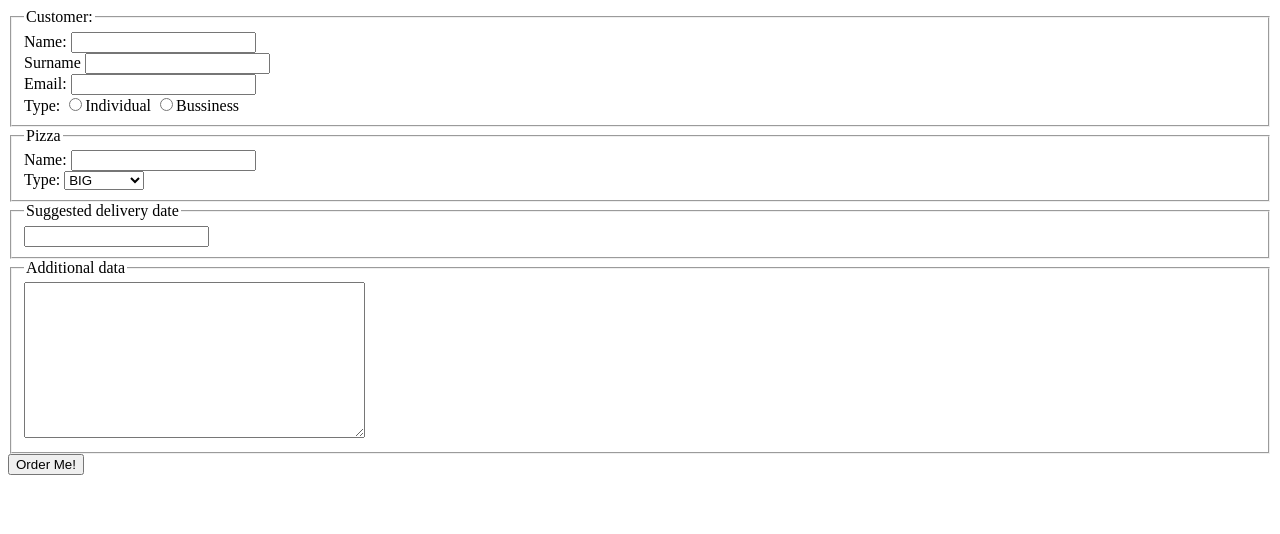
Repository: wisni4k/html-trainee
Page: testWeb/WebContent/Formularz.html
The author's editor kept a copy of each file at every save. The page is drawn from the files as they stood at one save, then again after the next save.
The browser window is 1280 px wide. The pictures show the whole page.

Above is the page before, as saved 2015-07-10 11:59:25.

After the next save:
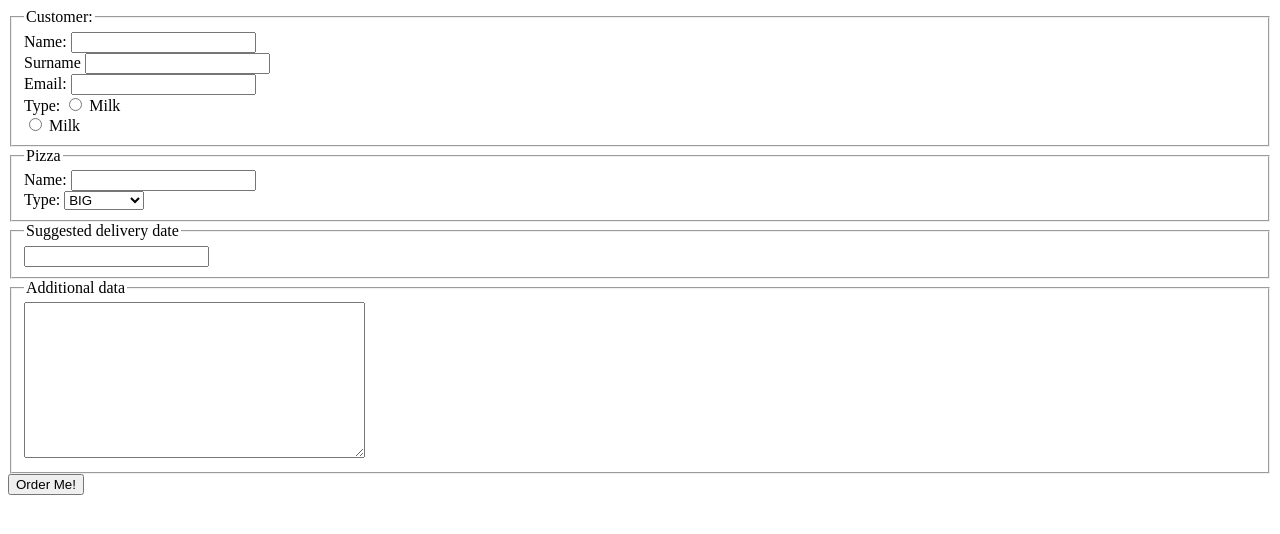
Saved 82 s later.
--- a/testWeb/WebContent/Formularz.html
+++ b/testWeb/WebContent/Formularz.html
@@ -11,8 +11,8 @@
 			<legend>Customer:</legend>
 			Name: <input name ="name" type="text"><br> Surname <input type="text"><br>
 			Email: <input name ="email" type="text"><br>
-			Type: <input type="radio"  value="Bike">Individual
-				<input type="radio"  value="Car">Bussiness
+			Type: <input type="radio" name="group1" value="Milk"> Milk<br>
+					<input type="radio" name="group1" value="Milk"> Milk<br>
 		</fieldset>
 
 		<fieldset>
